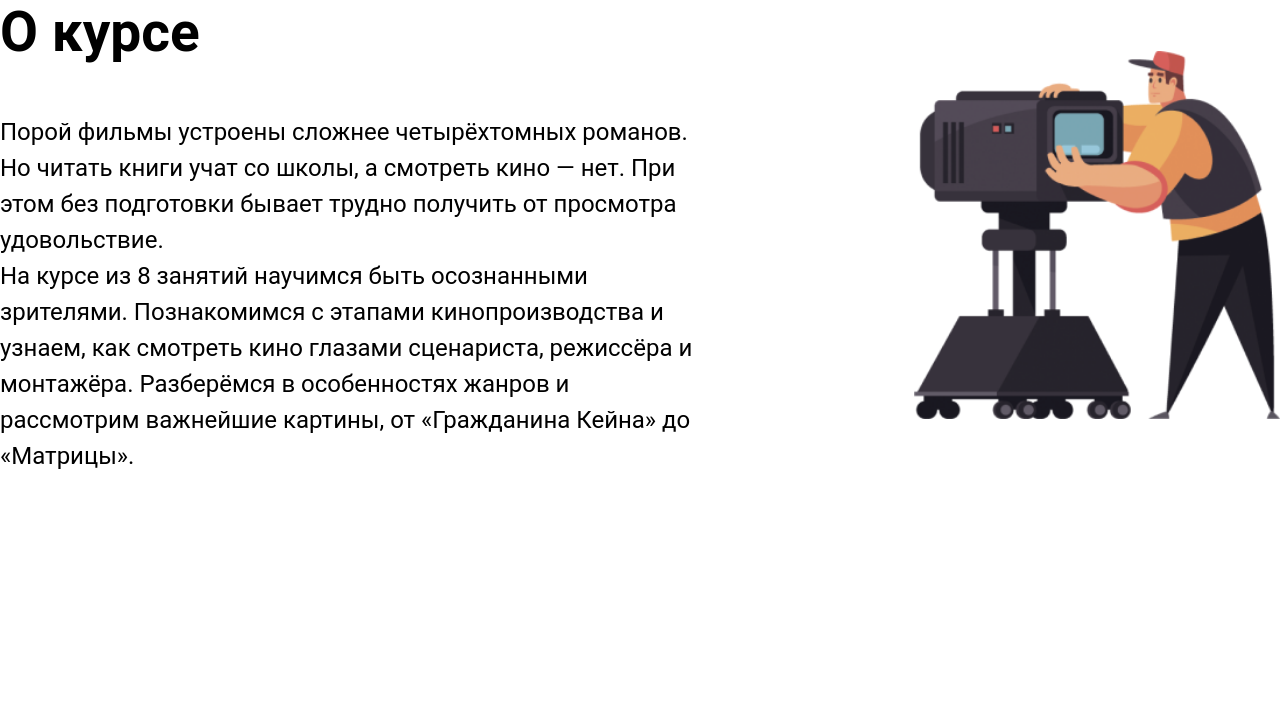
Repository: AytacSafarova/task-figma--1
Page: index.html
These files come from the project's save history. The page is drawn as it stood at one moment and after the next save; the edit follows.
The browser window is 1280 px wide. The pictures show the whole page.

Above is the page before, as saved 2023-04-29 20:07:57.

### index.html
<!DOCTYPE html>
<html lang="en">
<head>
  <meta charset="UTF-8" />
  <meta http-equiv="X-UA-Compatible" content="IE=edge" />
  <meta name="viewport" content="width=device-width, initial-scale=1.0" />
  <title>Document</title>
  <link rel="stylesheet" href="/index.css" />
</head>

<body>
  <div class="container">
    <div class="row up">
      <div class="col left">
        <div class="header">О курсе</div>
        <div class="text">
          <div>
            Порой фильмы устроены сложнее четырёхтомных романов. Но читать
            книги учат со школы, а смотреть кино — нет. При этом без
            подготовки бывает трудно получить от просмотра удовольствие.
          </div>
          <div>
            На курсе из 8 занятий научимся быть осознанными зрителями.
            Познакомимся с этапами кинопроизводства и узнаем, как смотреть
            кино глазами сценариста, режиссёра и монтажёра. Разберёмся в
            особенностях жанров и рассмотрим важнейшие картины, от
            «Гражданина Кейна» до «Матрицы».
          </div>
        </div>
      </div>
      <div class="col right">
        <img src="/images/_1 1.png" alt="" />
      </div>
    </div>

    <!-- <div class="down">
      <div class="image">
        <img src="/images/photo 1.png" alt="" />
      </div>

      <ul class="list">
        <li>
          <h5>8 занятий</h5>
          <p>Для погружения в кинематограф</p>
        </li>

        <li>
          <h5>8 занятий</h5>
          <p>Для погружения в кинематограф</p>
        </li>

        <li>
          <h5>8 занятий</h5>
          <p>Для погружения в кинематограф</p>
        </li>
      </ul>
    </div> -->
  </div>
</body>

</html>

### index.css
*{
    margin: 0;
    padding: 0;
}

.container{
padding: 91px 1;
}

.row{
    display: flex;
    justify-content: space-between;
    align-items: center;
}

.left{
    width: 700px;
}

.header{
    font-size: 55px;
    font-family: 'Roboto', sans-serif;
    font-weight: 700;
    margin-bottom: 50px;
}
.text div{
    font-size: 24px;
    font-family: 'Roboto', sans-serif;
    font-weight: 400;
    line-height: 36px;
}

.right{
    width: 366px;
}
.right img{
    width: 100%;
}

.down{
    display: flex;
    align-items: center;
    justify-content: space-between;
    margin-top:94px;
}

.image{
    width: 232px;
}

.image img{
    width: 100%;
}


.list{
    display: flex;
    padding-right: 314px ;
}

li{
    width: 150px;
    margin-left: 95px;
}

After the next save:
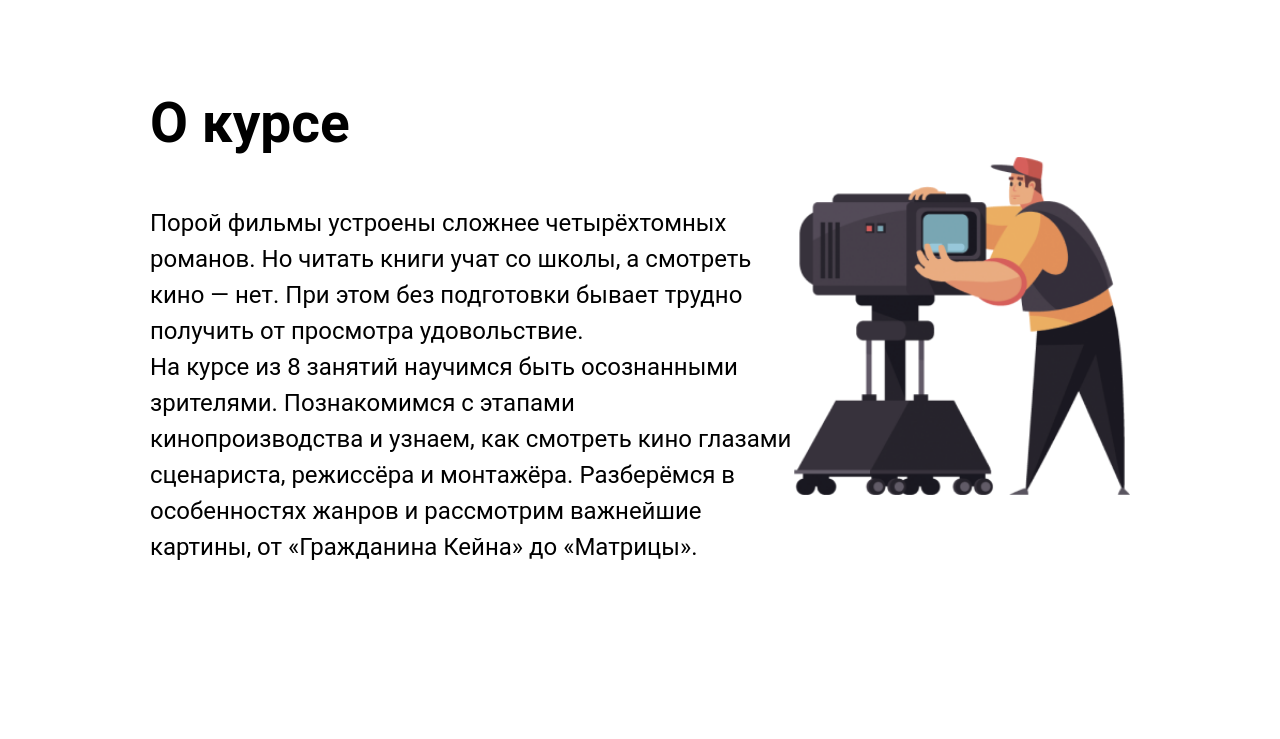
Saved 7 s later.
--- a/index.css
+++ b/index.css
@@ -4,7 +4,7 @@
 }
 
 .container{
-padding: 91px 1;
+padding: 91px 150px 174px;
 }
 
 .row{
